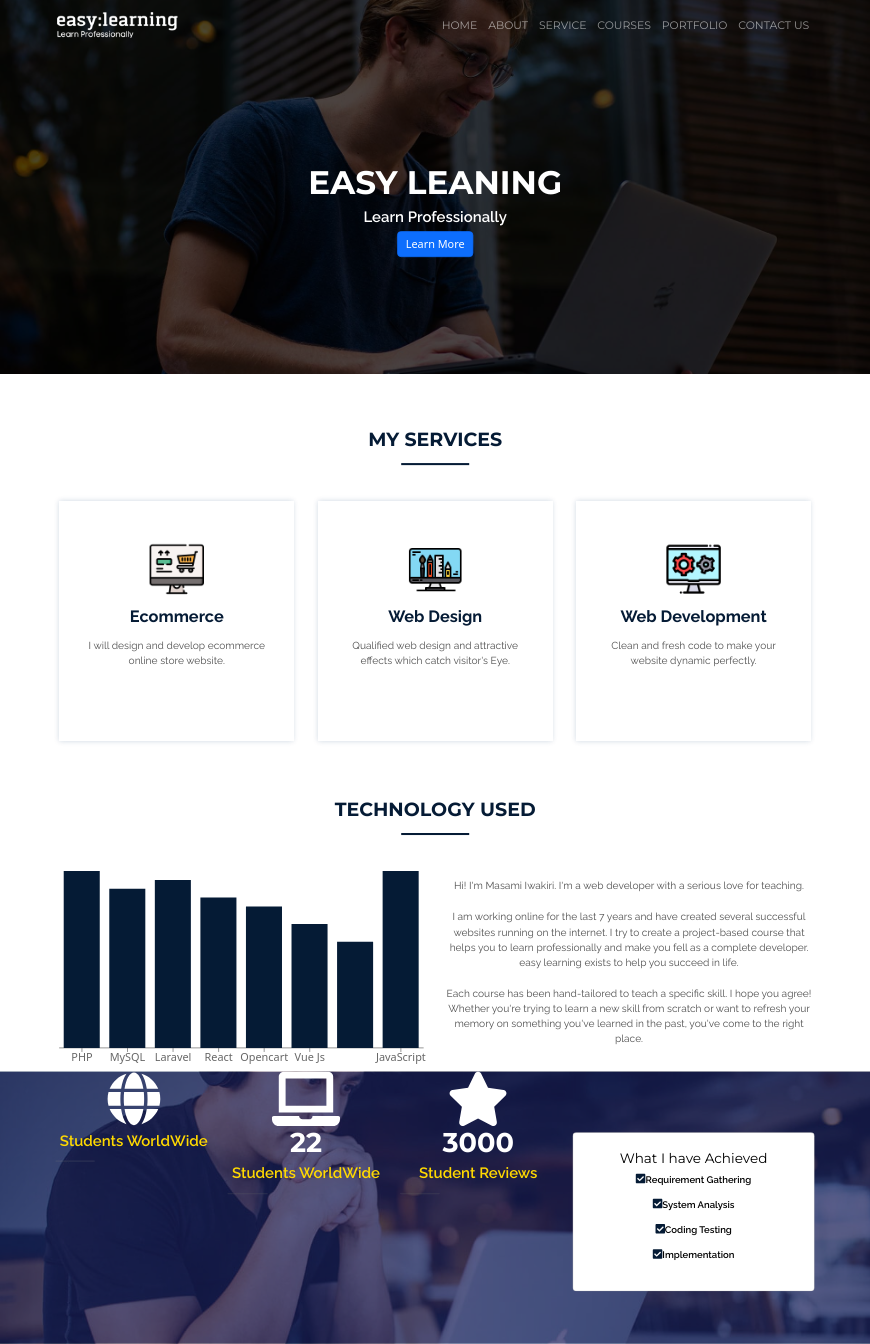
Repository: masamichan/free_video_app
Page: /
The author's editor kept a copy of each file at every save. The page is drawn from the files as they stood at one save, then again after a run of saves.
The browser window is 1280 px wide. The pictures show the whole page, at 68% of full size.
Backgrounds fixed to the window are drawn as part of the page. The project was rebuilt for these pictures with package versions that can differ from the ones it lists, and the page was loaded fresh each time.

Above is the page before, as saved 2023-01-31 12:17:49.

After the next 4 saves:
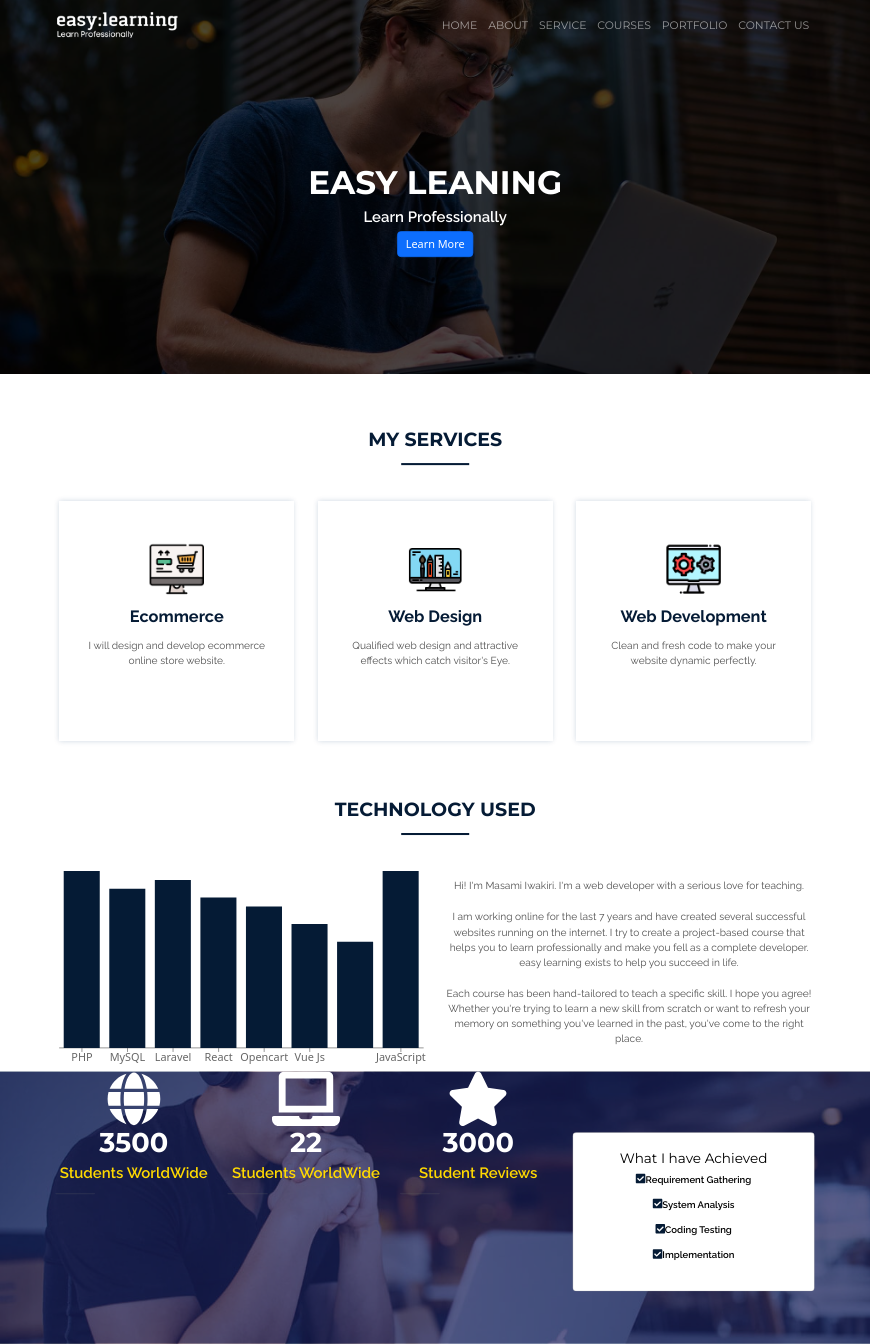
The 4 saves are shown as one change because 3 did not build or start.
The last was saved 8 min 10 s later.
--- a/src/components/Summary/Summary.jsx
+++ b/src/components/Summary/Summary.jsx
@@ -18,7 +18,7 @@ export class Summary extends Component {
                   <Row className="countSection">
                     <Col>
                       <FontAwesomeIcon className="iconProject" icon={faGlobe} />
-                      <h1 className="countNumber"></h1>
+                      <h1 className="countNumber">3500</h1>
                       <h4 className="countTitle">Students WorldWide</h4>
                       <hr className="bg-white w-25" />
                     </Col>
